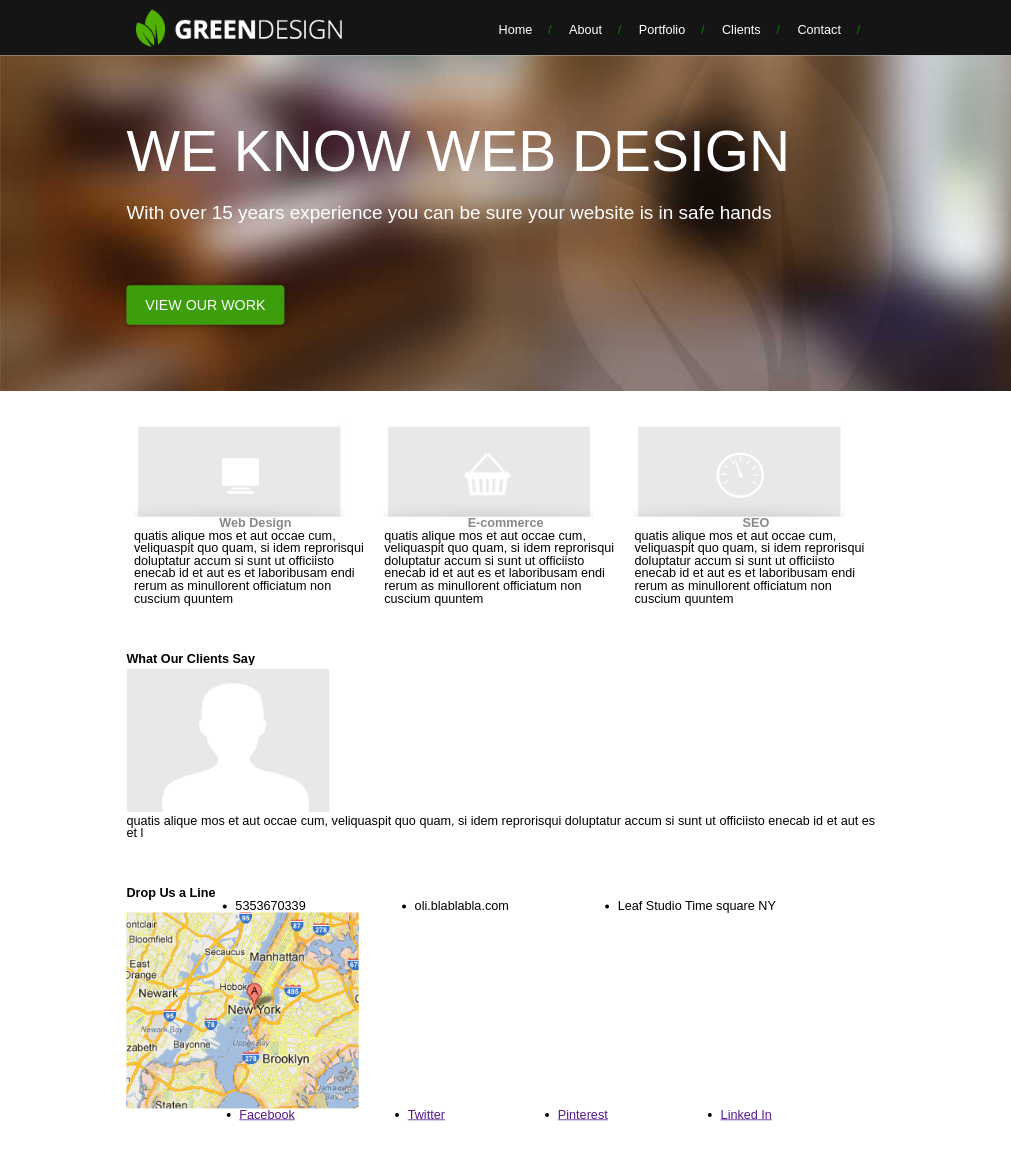
Repository: Piterwk1/psd-to-html
Page: website/index.html
The author's editor kept a copy of each file at every save. The page is drawn from the files as they stood at one save, then again after the next save.
The browser window is 1280 px wide. The pictures show the whole page, at 79% of full size.

Above is the page before, as saved 2021-09-14 21:10:40.

### website/index.html
<html lang="en">

<head>
    <meta charset="UTF-8">
    <meta http-equiv="X-UA-Compatible" content="IE=edge">
    <meta name="viewport" content="width=device-width, initial-scale=1.0">
    <title>Green Design</title>
    <link rel="stylesheet" href="style.css">
</head>

<body>
    <header>
        <div class="wrapper">
            <h1 id="logo">Green Design</h1>
            <nav>
                <h2>Main Navigation</h2>
                <ul>
                    <li><a href="">Home</a><span>/</span></li>
                    <li><a href="">About</a><span>/</span></li>
                    <li><a href="">Portfolio</a><span>/</span></li>
                    <li><a href="">Clients</a><span>/</span></li>
                    <li><a href="">Contact</a><span>/</span></li>
                </ul>
            </nav>
        </div>
    </header>
    <div id="lead-banner">
        <img src="images/Baner.jpg" alt="main banner">
        <div class="banner-overlay">
            <div class="wrapper">
                <div class="banner-title">We know web Design</div>
                <p>With over 15 years experience you can be sure your website is in safe hands</p>
                <a href="">View our work</a>
            </div>
        </div>
    </div>
    <div id="main-content">

        <div class="wrapper">

            <section id="points-of-sale">
                <h2>Point of Sale</h2>
                <ul>
                    <li>
                        <img src="images/cs1.png" alt="Web Design">
                        <h3>Web Design</h3>
                        <p>quatis alique mos et aut occae cum, veliquaspit quo quam, si idem reprorisqui doluptatur
                            accum si
                            sunt ut officiisto enecab id et aut es et laboribusam endi rerum as minullorent officiatum
                            non
                            cuscium quuntem</p>
                    </li>
                    <li>
                        <img src="images/cs2.png" alt="E-commerce">
                        <h3>E-commerce</h3>
                        <p>quatis alique mos et aut occae cum, veliquaspit quo quam, si idem reprorisqui doluptatur
                            accum si
                            sunt ut officiisto enecab id et aut es et laboribusam endi rerum as minullorent officiatum
                            non
                            cuscium quuntem</p>
                    </li>
                    <li>
                        <img src="images/cs3.png" alt="SEO">
                        <h3>SEO</h3>
                        <p>quatis alique mos et aut occae cum, veliquaspit quo quam, si idem reprorisqui doluptatur
                            accum si
                            sunt ut officiisto enecab id et aut es et laboribusam endi rerum as minullorent officiatum
                            non
                            cuscium quuntem</p>
                    </li>
                </ul>
            </section>
            <section id="clients">
                <h2>What Our Clients Say</h2>
                <img src="images/head.png" alt="head">
                <!-- <img src="images/quotes.png" alt="quotes"> -->
                <blockquote>quatis alique mos et aut occae cum, veliquaspit quo quam, si idem reprorisqui doluptatur
                    accum
                    si sunt ut officiisto enecab id et aut es et l</blockquote>
            </section>
            <section id="contact">
                <h2>Drop Us a Line</h2>
                <ul id="contact-methods">
                    <li>5353670339</li>
                    <li>oli.blablabla.com</li>
                    <li>
                        <span>Leaf Studio</span>
                        <span>Time square</span>
                        <span>NY</span>
                    </li>
                </ul>
                <img src="images/map.png" alt="map">
                <ul id="social-map">
                    <li class="facebook"><a href="">Facebook</a></li>
                    <li class="twitter"><a href="">Twitter</a></li>
                    <li class="pinterest"><a href="">Pinterest</a></li>
                    <li class="linked-in"><a href="">Linked In</a></li>
                </ul>
            </section>
        </div>
    </div>
</body>

</html>

### website/style.css
html,
body,
div,
span,
object,
iframe,
h1,
h2,
h3,
h4,
h5,
h6,
p,
blockquote,
pre,
abbr,
address,
cite,
code,
del,
dfn,
em,
img,
ins,
kbd,
q,
samp,
small,
strong,
sub,
sup,
var,
b,
i,
dl,
dt,
dd,
ol,
ul,
li,
fieldset,
form,
label,
legend,
table,
caption,
tbody,
tfoot,
thead,
tr,
th,
td,
article,
aside,
canvas,
details,
figcaption,
figure,
footer,
header,
hgroup,
menu,
nav,
section,
summary,
time,
mark,
audio,
video {
  margin: 0;
  padding: 0;
  border: 0;
  outline: 0;
  font-size: 100%;
  vertical-align: baseline;
  background: transparent;
  font-family: arial;
}

body {
  line-height: 1;
}

article,
aside,
details,
figcaption,
figure,
footer,
header,
hgroup,
menu,
nav,
section {
  display: block;
}

nav ul {
  list-style: none;
}

blockquote,
q {
  quotes: none;
}

blockquote:before,
blockquote:after,
q:before,
q:after {
  content: "";
  content: none;
}

a {
  margin: 0;
  padding: 0;
  font-size: 100%;
  vertical-align: baseline;
  background: transparent;
}

/* change colours to suit your needs */
ins {
  background-color: #ff9;
  color: #000;
  text-decoration: none;
}

/* change colours to suit your needs */
mark {
  background-color: #ff9;
  color: #000;
  font-style: italic;
  font-weight: bold;
}

del {
  text-decoration: line-through;
}

abbr[title],
dfn[title] {
  border-bottom: 1px dotted;
  cursor: help;
}

table {
  border-collapse: collapse;
  border-spacing: 0;
}

/* change border colour to suit your needs */
hr {
  display: block;
  height: 1px;
  border: 0;
  border-top: 1px solid #cccccc;
  margin: 1em 0;
  padding: 0;
}

input,
select {
  vertical-align: middle;
}

header div {
  display: flex;
  justify-content: space-between;
  width: 100%;
  max-width: 960px;
  margin: 0 auto;
}

.wrapper {
  width: 100%;
  max-width: 960px;
  margin: 0 auto;
}

header {
  background: #151515;
}

#logo {
  background: url(images/Logo.png) no-repeat;
  height: 70px;
  width: 280px;
  text-indent: -100000px;
}

header nav {
  margin-top: 30px;
  margin-right: 20px;
  width: 50%;
}

header nav h2 {
  height: 0;
  text-indent: -100000px;
}
header nav a {
  color: #fff;
  text-decoration: none;
  font-family: arial;
}

header nav ul {
  display: flex;
  justify-content: space-around;
}

header nav span {
  color: green;
  margin-left: 20px;
}

#lead-banner img {
  width: 100%;
}

#lead-banner {
  max-height: 440px;
  overflow: hidden;
  position: relative;
}

.banner-overlay {
  position: absolute;
  top: 20%;
  width: 100%;
}

.banner-title {
  color: #fff;
  text-transform: uppercase;
  font-size: 72px;
}

#lead-banner p {
  color: #fff;
  font-size: 24px;
  min-width: 600px;
  margin-top: 30px;
}

#lead-banner a {
  color: #fff;
  display: block;
  width: 200px;
  font-size: 18px;
  text-align: center;
  padding: 16px 0;
  text-decoration: none;
  text-transform: uppercase;
  border-radius: 5px;
  margin-top: 80px;
  box-shadow: 1px 1px 6px rgba(0, 0, 0, 0.4);

  /* Permalink - use to edit and share this gradient: https://colorzilla.com/gradient-editor/#3c9e0a+0,3c9e0a+100 */
  background: #3c9e0a; /* Old browsers */
  background: -moz-linear-gradient(
    top,
    #3c9e0a 0%,
    #3c9e0a 100%
  ); /* FF3.6-15 */
  background: -webkit-linear-gradient(
    top,
    #3c9e0a 0%,
    #3c9e0a 100%
  ); /* Chrome10-25,Safari5.1-6 */
  background: linear-gradient(
    to bottom,
    #3c9e0a 0%,
    #3c9e0a 100%
  ); /* W3C, IE10+, FF16+, Chrome26+, Opera12+, Safari7+ */
  filter: progid:DXImageTransform.Microsoft.gradient( startColorstr='#3c9e0a', endColorstr='#3c9e0a',GradientType=0 ); /* IE6-9 */
}

section {
    margin: 40px 0 60px;
}

section#points-of-sale ul {
    list-style: none;
}

#points-of-sale h2 {
    height: 0;
    text-indent: -10000px;
}

section ul {
    display: flex;
    justify-content: space-evenly;
}

#points-of-sale li {
    width: 32%;
}

#points-of-sale li h3 {
    text-align: center;
    color:  #888;
}

After the next save:
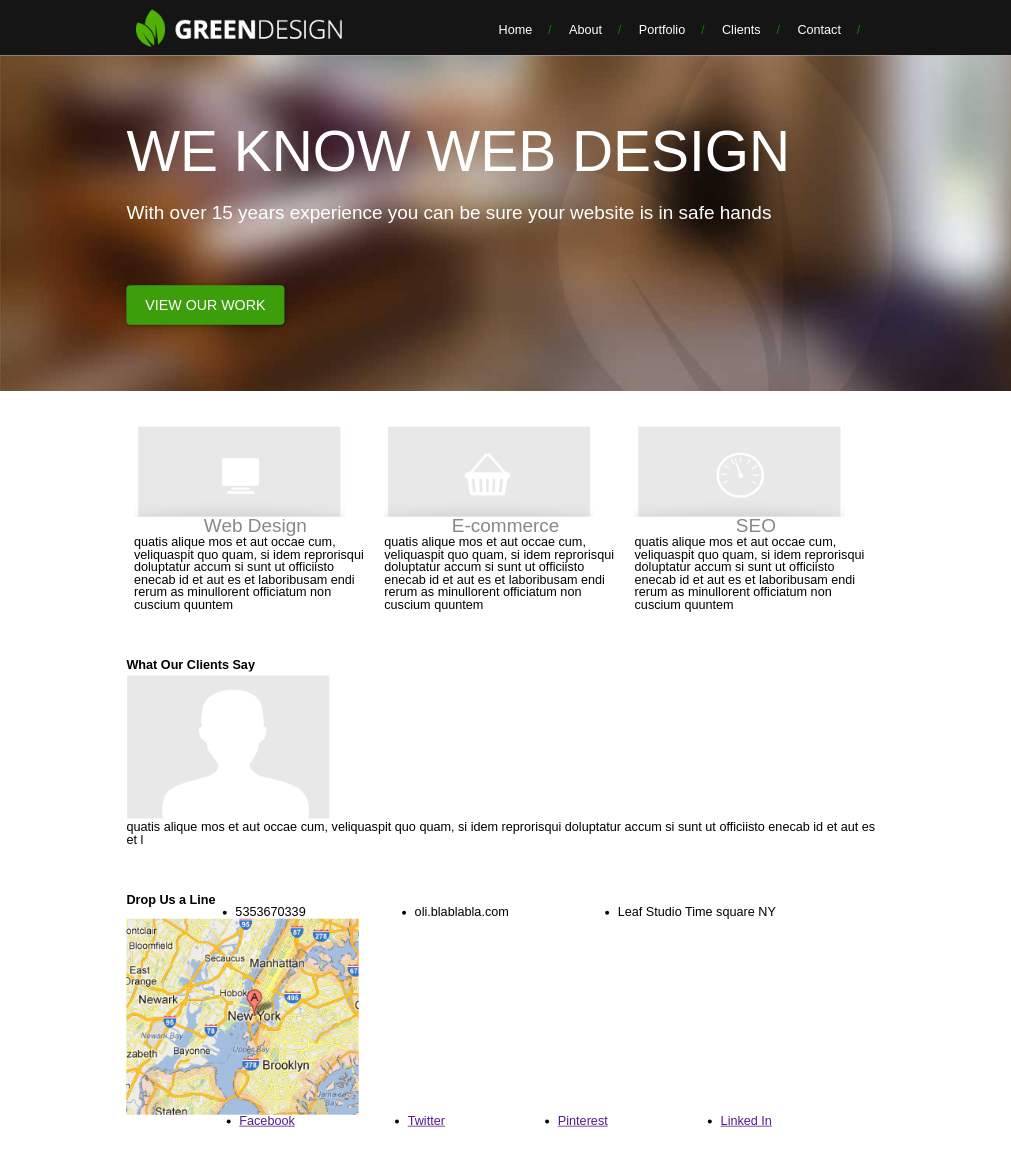
Saved 73 s later.
--- a/website/style.css
+++ b/website/style.css
@@ -303,4 +303,6 @@ section ul {
 #points-of-sale li h3 {
     text-align: center;
     color:  #888;
-}
+    font-size: 24px;
+    font-weight: normal;
+}
